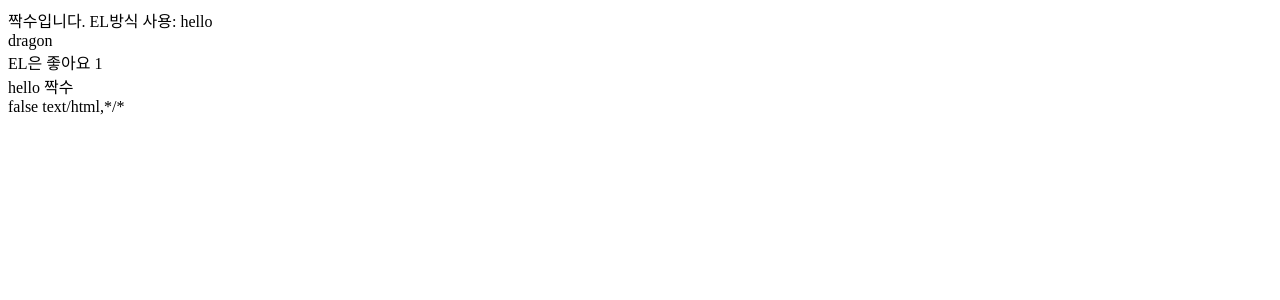
Repository: tokyj515/jsp_study
Page: http://localhost/JSPProj/spag
An editor plug-in stored every save of this project. The page is shown before and after the next save, followed by the edit.
The browser window is 1280 px wide. The pictures show the whole page.
The page is served by Tomcat 9. Other server files are loaded and not shown.

Above is the page before, as saved 2022-03-08 13:07:31.

### JSPProj/src/main/webapp/spag.jsp
<%@ page language="java" contentType="text/html; charset=UTF-8"
    pageEncoding="UTF-8"%>


<!DOCTYPE html>
<html>
<head>
<meta charset="UTF-8">
<title>Insert title here</title>
</head>
<%
pageContext.setAttribute("result", "hello"); //페이지객체
%>
<body>
	<%=request.getAttribute("result") %>입니다.
	EL방식 사용: ${result} <br >
	${names[1]} <br >
	${notice.title}
	${notice.id}<br >
	${result}  <!-- page에 있는 hello -->
	${requestScope.result}<br > <!-- request에 있는 짝수 -->
	${param.n gt 3}
	${header.accept}

</body>
</html>

### JSPProj/src/main/java/com/newlecture/web/Spag.java
package com.newlecture.web;

import java.io.IOException;
import java.util.HashMap;
import java.util.Map;

import javax.servlet.RequestDispatcher;
import javax.servlet.ServletException;
import javax.servlet.annotation.WebServlet;
import javax.servlet.http.HttpServlet;
import javax.servlet.http.HttpServletRequest;
import javax.servlet.http.HttpServletResponse;


@WebServlet("/spag")
public class Spag extends HttpServlet{
	@Override
	protected void doGet(HttpServletRequest request, HttpServletResponse response)
			throws ServletException, IOException {

		//MVC model2방식: 컨트롤러와 뷰로 분리

		int num = 0;
		String _num = request.getParameter("n");
		if(_num != null && !_num.equals(""))
			num = Integer.parseInt(_num);

		String result;
		if(num % 2 != 0){
			result = "홀수";
		}
		else{
			result = "짝수";
		}
		request.setAttribute("result", result);


		//배열 EL 결과 확인을 위한 배열
		String[] names = {"newlec", "dragon"};
		request.setAttribute("names", names);

		//Map
		Map<String, Object> notice = new HashMap<String, Object>();
		notice.put("id", 1);
		notice.put("title", "EL은 좋아요");
		request.setAttribute("notice", notice);











		//forwading:현재작업한 내용을 이어가도록 하는 것
		//redirect: 이어간 것이 아닌 새로운 것은 리다이렉트

		RequestDispatcher dispatcher                    //spag.jsp: jsp파일이지만 서블릿임
			= request.getRequestDispatcher("spag.jsp"); //url상으로 같은 디렉토리 안이라 파일명만
		dispatcher.forward(request, response); //현재 작업한 내용을 공유
	}

}

After the next save:
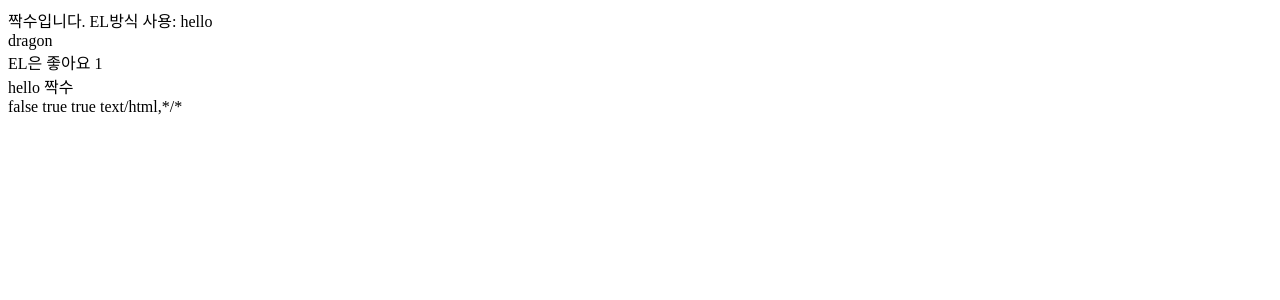
Saved 4 min 6 s later.
--- a/JSPProj/src/main/webapp/spag.jsp
+++ b/JSPProj/src/main/webapp/spag.jsp
@@ -20,6 +20,8 @@ pageContext.setAttribute("result", "hello"); //페이지객체
 	${result}  <!-- page에 있는 hello -->
 	${requestScope.result}<br > <!-- request에 있는 짝수 -->
 	${param.n gt 3}
+	${empty param.n}
+	${param.n == null || param.n == ""}
 	${header.accept}
 
 </body>
